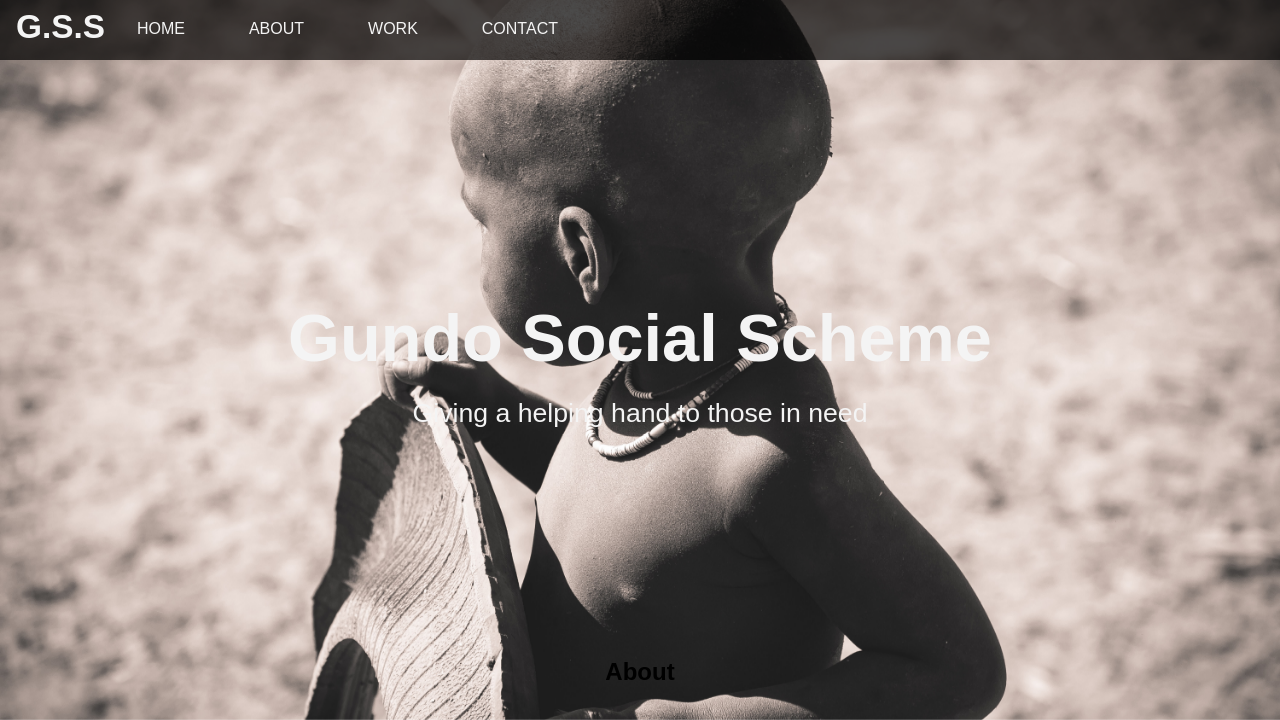
Repository: blessingNtoko/gss-basic_website
Page: index.html
These files come from the project's save history. The page is drawn as it stood at one moment and after the next save; the edit follows.
The browser window is 1280 px wide. The pictures show the whole page.
An inner scrolling area shows only its first screen.

Above is the page before, as saved 2020-05-13 18:02:42.

### index.html
<!DOCTYPE html>
<html lang="en">

<head>
    <meta charset="UTF-8">
    <meta name="viewport" content="width=device-width, initial-scale=1.0">
    <title>Gundo Social Scheme</title>
    <link rel="stylesheet" href="style.css">
</head>

<body>
    <div class="allContain">
        <nav class="navbar">
            <h1><a href="#home">G.S.S</a></h1>
            <ul>
                <li>
                    <a href="#home">Home</a>
                </li>
                <li>
                    <a href="#about">About</a>
                </li>
                <li>
                    <a href="#work">Work</a>
                </li>
                <li>
                    <a href="#contact">Contact</a>
                </li>
            </ul>
        </nav>

        <section id="home">
            <h1>Gundo Social Scheme</h1>
            <p>Giving a helping hand to those in need</p>

        </section>

        <section id="about">
            <div class="container">
                <h1>About</h1>
                <div class="row">
                    <div class="col">
                        <img src="assets/images/temp1.jpg" alt="About image">
                    </div>
                    <div class="col">
                        <p>
                            Lorem ipsum dolor sit amet consectetur adipisicing elit. Dolore quia, nisi provident aperiam excepturi quas officiis, quam ipsa molestiae nostrum magni. Sed at maiores placeat rerum deserunt ea perspiciatis modi omnis inventore maxime sunt ratione quos
                            nihil quidem nam suscipit sint, mollitia et odit. Repellat tempore nemo mollitia, quasi dolorum optio vel voluptates hic sunt. Soluta ea voluptatibus provident quasi, consectetur incidunt quas quia. Tenetur tempora iure adipisci
                            voluptatum velit quia voluptatibus, soluta iste fugit sequi, repellendus placeat nostrum minus modi ipsum, corporis exercitationem doloribus voluptatem distinctio cumque mollitia debitis consequatur sit. Reprehenderit animi
                            natus, facilis voluptas fugiat excepturi illum.
                        </p>
                    </div>
                </div>
                <div class="row">
                    <div class="col">
                        <p>
                            Lorem ipsum dolor sit amet consectetur adipisicing elit. Consequatur eveniet, dignissimos est fugit harum provident nobis corrupti architecto ipsam culpa quibusdam quidem reprehenderit. Neque eum reprehenderit ut illo sed mollitia odit cupiditate vel
                            perspiciatis, provident ab non, earum error tenetur quia, at minus nemo adipisci quo? Velit atque aspernatur saepe quia quibusdam a ad laboriosam sit temporibus, sint neque rerum nemo nam assumenda ea omnis harum molestiae,
                            itaque rem? Animi incidunt assumenda aspernatur impedit corrupti saepe possimus aperiam neque dolor minus! Corporis odit nostrum sequi beatae enim voluptas, vitae reiciendis nulla fuga quod, tempore, non explicabo rerum praesentium
                            eligendi rem.
                        </p>
                    </div>
                    <div class="col">
                        <img src="assets/images/temp2.jpg" alt="About image">
                    </div>
                </div>
            </div>
        </section>

        <div class="fixedScroll fixedScroll1">
            <div class="fixedText">
                <span class="border trans">
                    Image Two text
                </span>
            </div>
        </div>

        <section id="work">
            <div class="container">
                <h1>Work</h1>
                <div class="row">
                    <div class="col">
                        <img src="assets/images/workImages/work1.jpeg" alt="">
                    </div>
                    <div class="col">
                        <img src="assets/images/workImages/work2.jpeg" alt="">

                    </div>
                    <div class="col">
                        <img src="assets/images/workImages/work3.jpeg" alt="">

                    </div>

                    <div class="col">
                        <img src="assets/images/workImages/work4.jpeg" alt="">

                    </div>
                    <div class="col">
                        <img src="assets/images/workImages/work5.jpeg" alt="">

                    </div>
                    <div class="col">
                        <img src="assets/images/workImages/work6.jpeg" alt="">

                    </div>
                    <div class="col">
                        <img src="assets/images/workImages/work7.jpeg" alt="">

                    </div>
                    <div class="col">
                        <img src="assets/images/workImages/work8.jpeg" alt="">

                    </div>
                    <div class="col">
                        <img src="assets/images/workImages/work9.jpeg" alt="">

                    </div>
                    <div class="col">
                        <img src="assets/images/workImages/work10.jpeg" alt="">

                    </div>
                </div>
            </div>
        </section>

        <div class="fixedScroll fixedScroll2">
            <div class="fixedText">
                <span class="border trans">
                    Image Two text
                </span>
            </div>
        </div>

        <section id="contact">
            <div class="container">
                <h1>Contact</h1>
                <div class="row">
                    <div class="col">
                        <img src="" alt="">
                    </div>
                    <div class="col">

                    </div>
                    <div class="col">

                    </div>
                </div>
            </div>
            <footer>

            </footer>
        </section>
    </div>

</body>

</html>

### style.css
* {
    margin: 0;
    padding: 0;
}

body {
    font-family: Arial, Helvetica, sans-serif;
    line-height: 1.6;
    height: 100vh;
    overflow: hidden;
}

.allContain {
    width: 100%;
    height: 100%;
    /* CSS smooth scroll properties */
    overflow-y: scroll;
    scroll-behavior: smooth;
    scroll-snap-type: y mandatory;
}

.navbar {
    position: fixed;
    top: 0;
    z-index: 1;
    display: flex;
    width: 100%;
    height: 60px;
    background: rgba(0, 0, 0, 0.7);
}

.navbar h1 {
    color: white;
    font-size: 25pt;
    margin-left: 1rem;
}

.navbar h1 a {
    text-decoration: none;
    text-transform: uppercase;
    color: #f4f4f4;
}

.navbar h1 a:hover {
    color: rgb(63, 63, 196);
}

.navbar ul {
    display: flex;
    list-style: none;
    width: 100%;
    justify-content: left;
}

.navbar ul li {
    margin: 0 1rem;
    padding: 1rem;
}

.navbar ul li a {
    text-decoration: none;
    text-transform: uppercase;
    color: #f4f4f4;
}

.navbar ul li a:hover {
    color: rgb(63, 63, 196);
}

section {
    display: flex;
    flex-direction: column;
    align-items: center;
    justify-content: center;
    text-align: center;
    width: 100%;
    height: 100vh;
    scroll-snap-align: center;
}

#home {
    background-image: url(assets/images/tempy4.jpg);
    background-position: center;
    background-repeat: no-repeat;
    background-size: cover;
    background-attachment: fixed;
    color: #f4f4f4;
}

#home h1 {
    font-size: 50pt;
}

#home p {
    font-size: 20pt;
}

#about {
    margin-top: 3rem;
}

#about img {
    text-align: center;
    width: 35rem;
    height: 25rem;
}

.fixedScroll {
    position: relative;
    opacity: 0.7;
    background-position: center;
    background-size: cover;
    background-repeat: no-repeat;
    background-attachment: fixed;
}

.fixedScroll1 {
    background-image: url(assets/images/tempy5.jpg);
    min-height: 400px;
}

.fixedScroll2 {
    background-image: url(assets/images/tempy6.jpg);
    min-height: 400px;
}

#about .row {
    display: flex;
    flex-direction: row;
    justify-content: center;
    margin-top: 3rem;
}

#work .row {
    display: flex;
    flex-direction: row;
    flex-wrap: wrap;
    justify-content: space-evenly;
    align-items: center;
}

#work .row img {
    width: 20rem;
    height: 25rem;
    line-height: 1rem;
}

After the next save:
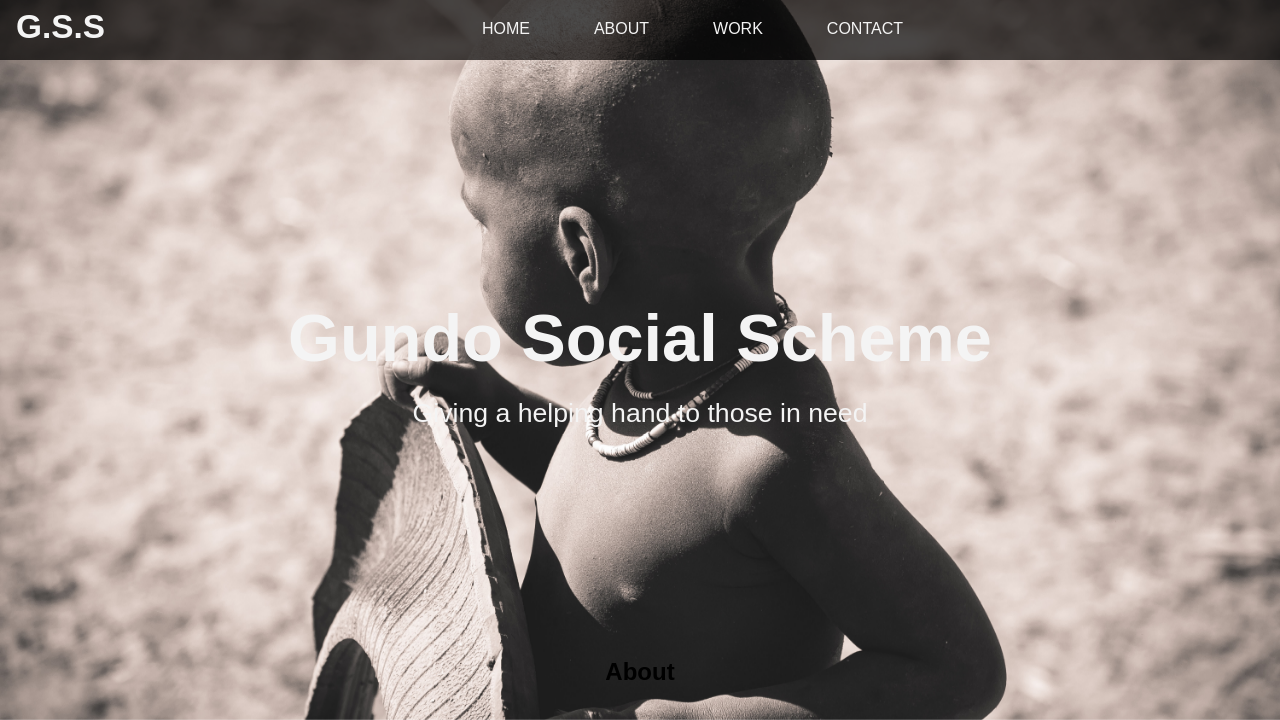
Saved 4 s later.
--- a/style.css
+++ b/style.css
@@ -49,7 +49,7 @@ body {
     display: flex;
     list-style: none;
     width: 100%;
-    justify-content: left;
+    justify-content: center;
 }
 
 .navbar ul li {
